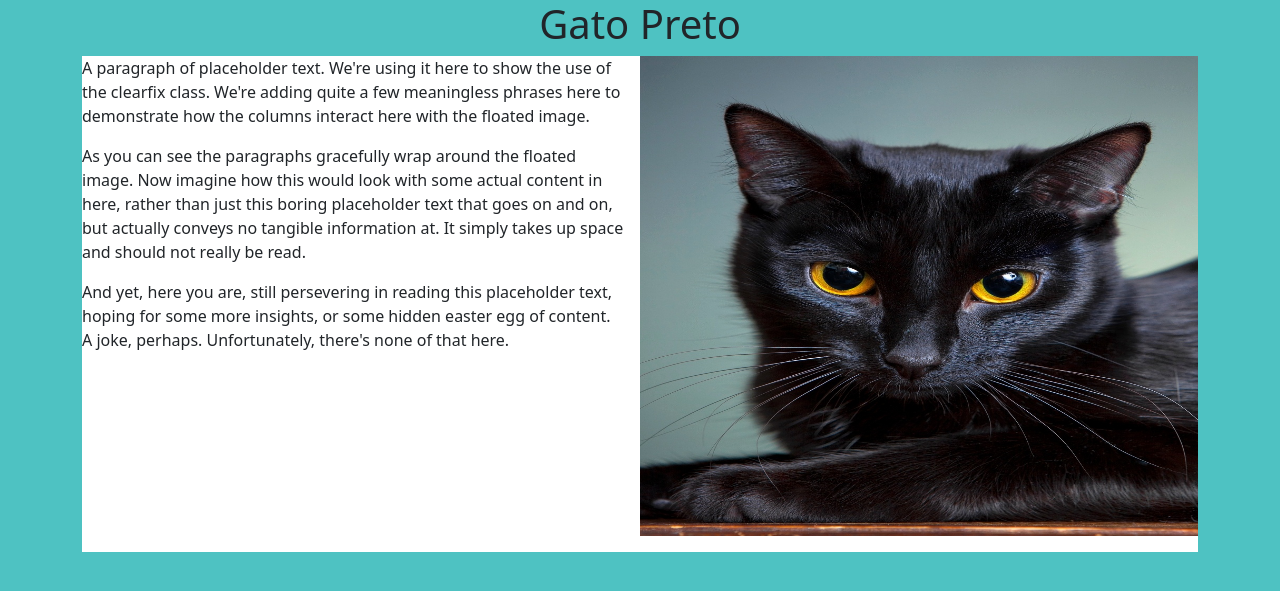
Repository: SktYzu/gatitu
Page: index.html
An editor plug-in stored every save of this project. The page is shown before and after a run of saves, followed by the edit.
The browser window is 1280 px wide. The pictures show the whole page.

Above is the page before, as saved 2023-11-27 15:08:32.

### index.html
<!DOCTYPE html>
<html lang="pt-BR">

<head>
    <meta charset="UTF-8">
    <meta name="viewport" content="width=device-width, initial-scale=1.0">
    <link rel="stylesheet" href="https://cdn.jsdelivr.net/npm/bootstrap@5.3.2/dist/css/bootstrap.min.css">
    <script src="https://cdn.jsdelivr.net/npm/bootstrap@5.3.2/dist/js/bootstrap.bundle.min.js"
        integrity="sha384-C6RzsynM9kWDrMNeT87bh95OGNyZPhcTNXj1NW7RuBCsyN/o0jlpcV8Qyq46cDfL"
        crossorigin="anonymous"></script>
    <title>Teste</title>
    <style>
        body {
            background-image: url('cat.jpg');
            background-size: cover;
        }
    </style>
</head>

<body>

    <h1 class="container text-center">Gato Preto</h1>
    <div class="container">

        <div class="clearfix bg-white" >
            <img src="preto.jpg" class="col-md-6 float-md-end mb-3 ms-md-3" alt="..." height="480px">

            <p>
                A paragraph of placeholder text. We're using it here to show the use of the clearfix class. We're adding
                quite a few meaningless phrases here to demonstrate how the columns interact here with the floated
                image.
            </p>

            <p>
                As you can see the paragraphs gracefully wrap around the floated image. Now imagine how this would look
                with
                some actual content in here, rather than just this boring placeholder text that goes on and on, but
                actually
                conveys no tangible information at. It simply takes up space and should not really be read.
            </p>

            <p>
                And yet, here you are, still persevering in reading this placeholder text, hoping for some more
                insights, or
                some hidden easter egg of content. A joke, perhaps. Unfortunately, there's none of that here.
            </p>
        </div>
    </div>


</body>

</html>

After the next 2 saves:
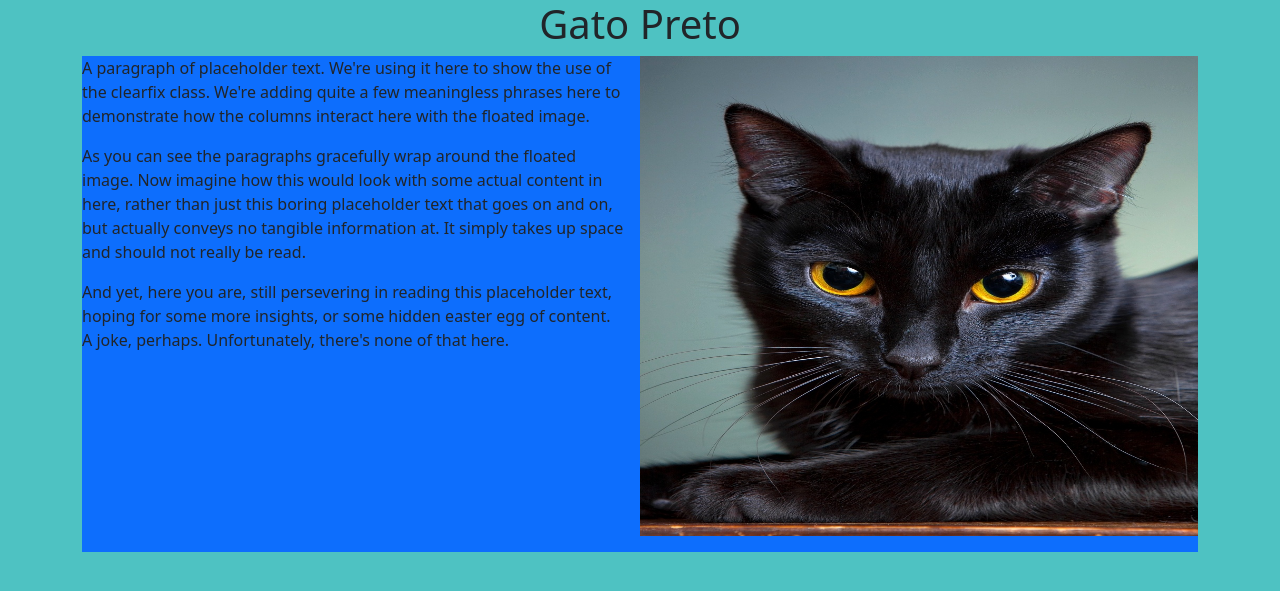
The 2 saves are shown as one change because they came seconds apart.
The last was saved 45 s later.
--- a/index.html
+++ b/index.html
@@ -22,7 +22,7 @@
     <h1 class="container text-center">Gato Preto</h1>
     <div class="container">
 
-        <div class="clearfix bg-white" >
+        <div class="clearfix bg-primary" >
             <img src="preto.jpg" class="col-md-6 float-md-end mb-3 ms-md-3" alt="..." height="480px">
 
             <p>
